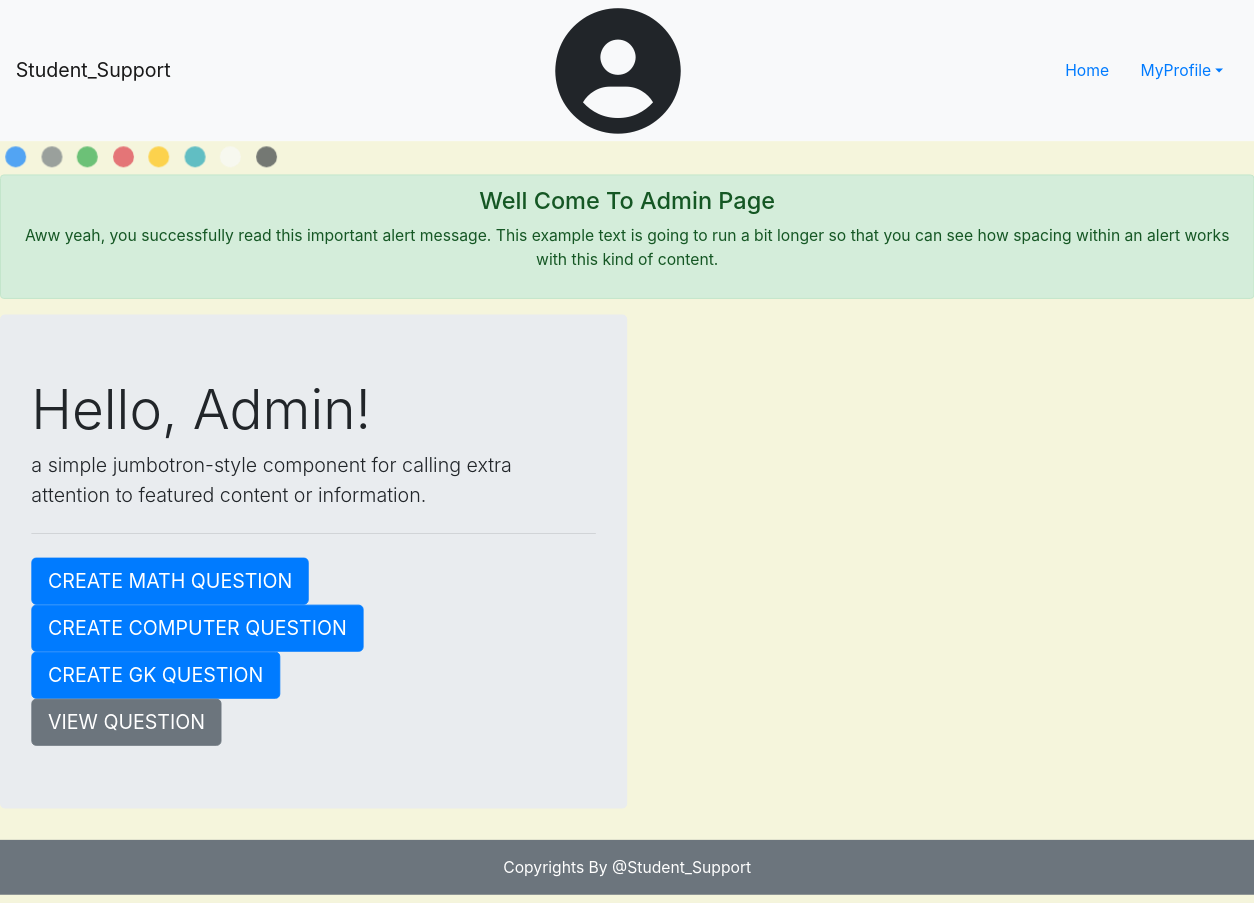
Repository: FeelHack/STUDENT-EXAMINATION-SYSTEM
Page: http://localhost/Exam_System/Admin/admin.jsp
An editor plug-in stored every save of this project. The page is shown before and after the next save, followed by the edit.
The browser window is 1280 px wide. The pictures show the whole page, at 98% of full size.
Some web libraries are served in a nearby version. The page is served by Tomcat 9.

Above is the page before, as saved 2020-03-12 07:10:40.

After the next save:
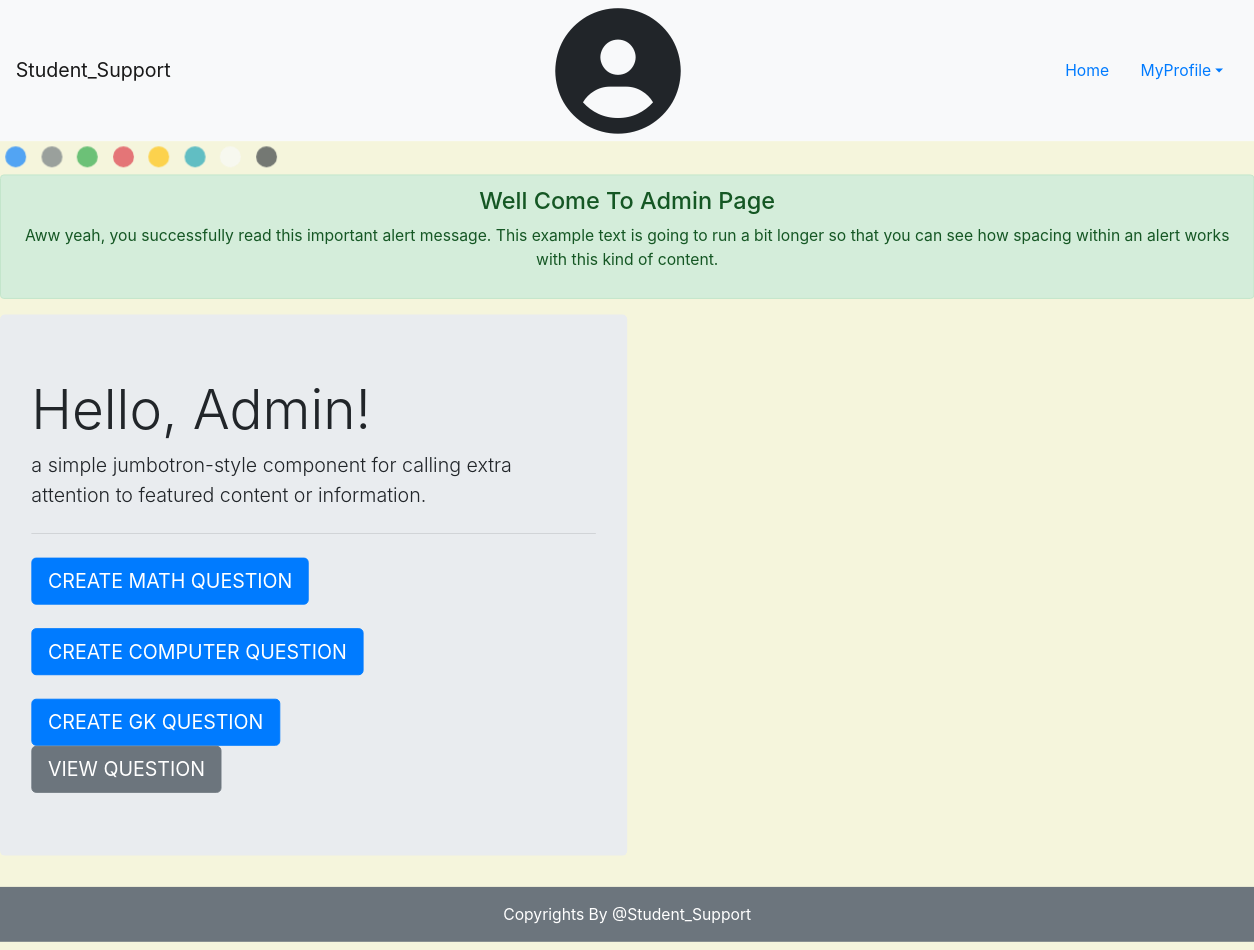
Saved 83 s later.
--- a/Exam System/WebContent/Admin/admin.jsp
+++ b/Exam System/WebContent/Admin/admin.jsp
@@ -81,8 +81,8 @@
     <h1 class="display-4">Hello, Admin!</h1>
     <p class="lead"> a simple jumbotron-style component for calling extra attention to featured content or information.</p>
     <hr class="my-4">
-    <a class="btn btn-primary btn-lg" href="Math.jsp" role="button" target="">CREATE MATH QUESTION</a><br>
-    <a class="btn btn-primary btn-lg" href="Computer.jsp" role="button" target="">CREATE COMPUTER QUESTION</a><br>
+    <a class="btn btn-primary btn-lg" href="Math.jsp" role="button" target="">CREATE MATH QUESTION</a><br><br>
+    <a class="btn btn-primary btn-lg" href="Computer.jsp" role="button" target="">CREATE COMPUTER QUESTION</a><br><br>
     <a class="btn btn-primary btn-lg" href="Gk.jsp" role="button" target="">CREATE GK QUESTION</a><br>
     <a class="btn btn-secondary btn-lg" href="ViewQuestion.jsp" role="button">VIEW QUESTION</a>
   </div>
